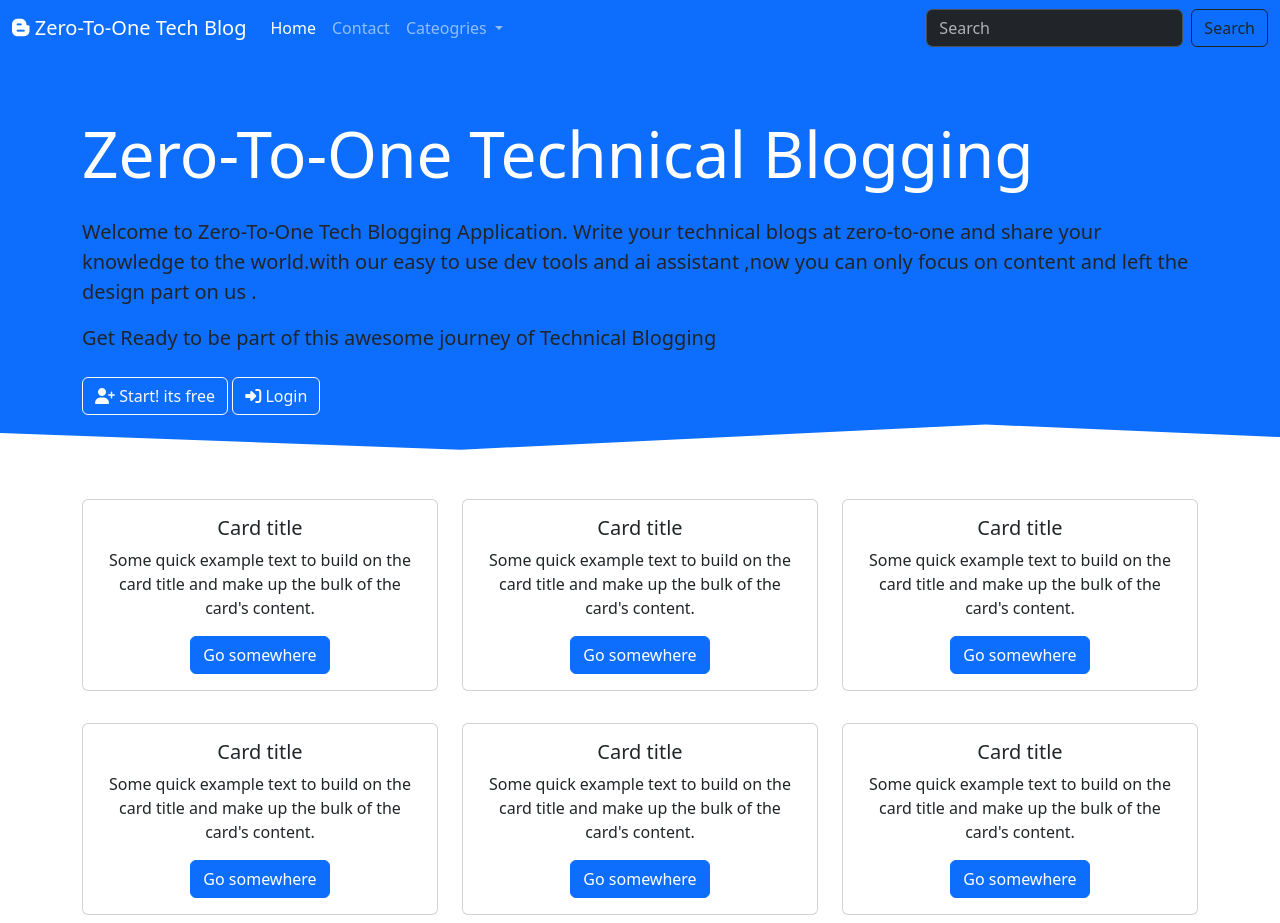
Repository: Gaurav560/PROJECT-ZeroToOne-TechBlog
Page: http://localhost/ZeroToOne/
An editor plug-in stored every save of this project. The page is shown before and after the next save, followed by the edit.
The browser window is 1280 px wide. The pictures show the whole page.
Some web libraries are served in a nearby version. The page is served by Tomcat 9. Other server files are loaded and not shown.

Above is the page before, as saved 2023-04-29 08:19:50.

### ZeroToOne/src/main/webapp/index.jsp
<%@page import="com.blog.helper.ConnectionProvider"%>
<%@page import="java.sql.Connection"%>
<%@ page language="java" contentType="text/html; charset=ISO-8859-1"
	pageEncoding="ISO-8859-1"%>
<!DOCTYPE html>
<html>
<head>
<meta charset="ISO-8859-1">
<title>Index page</title>
<!--  Bootstrap css-->
<link
	href="https://cdn.jsdelivr.net/npm/bootstrap@5.3.0-alpha3/dist/css/bootstrap.min.css"
	rel="stylesheet"
	integrity="sha384-KK94CHFLLe+nY2dmCWGMq91rCGa5gtU4mk92HdvYe+M/SXH301p5ILy+dN9+nJOZ"
	crossorigin="anonymous">
<!--css  -->
<link href="css/style.css" rel="stylesheet" type="text/css" />
<!-- font-awesome -->
<script src="https://kit.fontawesome.com/d52455da93.js"
	crossorigin="anonymous"></script>
</head>
<body>
	<%@include file="indexNavbar.jsp"%>

	<!-- jumbotron starts here -->
	<div class="container-fluid m-0 p-0 ">
		<div class="jumbo bg-primary text-white banner-background">
			<div class="container">

				<h3 class="display-3 pb-3">Zero-To-One Technical Blogging</h3>
				<p class="fs-5 text-dark">Welcome to Zero-To-One Tech Blogging
					Application. Write your technical blogs at zero-to-one and share
					your knowledge to the world.with our easy to use dev tools and ai
					assistant ,now you can only focus on content and left the design
					part on us .</p>
				<p class="fs-5 text-dark pb-2">Get Ready to be part of this
					awesome journey of Technical Blogging</p>
				<p></p>
				<a href="" class="btn  btn-outline-light">
					<i class="fa-solid fa-user-plus"></i> Start! its free
				</a>
				<a href="login_page.jsp" class="btn   btn-outline-light">
					<i class="fa-solid fa-right-to-bracket"></i> Login
				</a>
			</div>
		</div>
	</div>
	<!-- jumbotron ends here -->
<br>
<!--cards starts here  -->
<div class="container">


<!--1st row starts here  -->
<div class="row">

<div class="col-md-4 mb-2">


<div class="card text-center">

  <div class="card-body">
    <h5 class="card-title">Card title</h5>
    <p class="card-text">Some quick example text to build on the card title and make up the bulk of the card's content.</p>
    <a href="#" class="btn btn-primary">Go somewhere</a>
  </div>
</div>

</div>
<div class="col-md-4 mb-2">


<div class="card text-center">

  <div class="card-body">
    <h5 class="card-title">Card title</h5>
    <p class="card-text">Some quick example text to build on the card title and make up the bulk of the card's content.</p>
    <a href="#" class="btn btn-primary">Go somewhere</a>
  </div>
</div>

</div><div class="col-md-4 mb-2">


<div class="card text-center">

  <div class="card-body">
    <h5 class="card-title">Card title</h5>
    <p class="card-text">Some quick example text to build on the card title and make up the bulk of the card's content.</p>
    <a href="#" class="btn btn-primary">Go somewhere</a>
  </div>
</div>

</div>
</div>

<!--1st row ends here  -->

<br>
<!--2nd row ends here  -->

<div class="row">

<div class="col-md-4 mb-2 ">


<div class="card text-center">

  <div class="card-body">
    <h5 class="card-title">Card title</h5>
    <p class="card-text">Some quick example text to build on the card title and make up the bulk of the card's content.</p>
    <a href="#" class="btn btn-primary">Go somewhere</a>
  </div>
</div>

</div>
<div class="col-md-4 mb-2">


<div class="card text-center">

  <div class="card-body">
    <h5 class="card-title">Card title</h5>
    <p class="card-text">Some quick example text to build on the card title and make up the bulk of the card's content.</p>
    <a href="#" class="btn btn-primary">Go somewhere</a>
  </div>
</div>

</div><div class="col-md-4 mb-2">


<div class="card text-center">

  <div class="card-body">
    <h5 class="card-title">Card title</h5>
    <p class="card-text">Some quick example text to build on the card title and make up the bulk of the card's content.</p>
    <a href="#" class="btn btn-primary">Go somewhere</a>
  </div>
</div>

</div>
</div>

<!--2nd row ends here  -->
</div>
<!-- cards end here -->


	<!-- jquery cdn -->
	<script src="https://code.jquery.com/jquery-3.6.4.min.js"
		integrity="sha256-oP6HI9z1XaZNBrJURtCoUT5SUnxFr8s3BzRl+cbzUq8="
		crossorigin="anonymous">

	</script>

	<!-- js  -->

	<script
		src="https://cdn.jsdelivr.net/npm/bootstrap@5.3.0-alpha3/dist/js/bootstrap.bundle.min.js"
		integrity="sha384-ENjdO4Dr2bkBIFxQpeoTz1HIcje39Wm4jDKdf19U8gI4ddQ3GYNS7NTKfAdVQSZe"
		crossorigin="anonymous"></script>
	<script src="js/myjs.js" type="text/javascript"></script>

</body>
</html>

### ZeroToOne/src/main/webapp/indexNavbar.jsp
<nav class="navbar navbar-expand-lg  bg-primary dar "   data-bs-theme="dark">
	<div class="container-fluid">

         <a class="navbar-brand" href="#"><i class="fa-brands fa-blogger-b"></i> Zero-To-One Tech Blog </a>
		<button class="navbar-toggler" type="button" data-bs-toggle="collapse"
			data-bs-target="#navbarSupportedContent"
			aria-controls="navbarSupportedContent" aria-expanded="false"
			aria-label="Toggle navigation">
			<span class="navbar-toggler-icon"></span>
		</button>
		<div class="collapse navbar-collapse" id="navbarSupportedContent">
			<ul class="navbar-nav me-auto mb-2 mb-lg-0">
				<li class="nav-item"><a class="nav-link active"
					aria-current="page" href="#">Home</a></li>
				<li class="nav-item"><a class="nav-link" href="#">Contact</a></li>
				<li class="nav-item dropdown"><a
					class="nav-link dropdown-toggle" href="#" role="button"
					data-bs-toggle="dropdown" aria-expanded="false">Cateogries </a>
					<ul class="dropdown-menu">
						<li><a class="dropdown-item" href="#">Action</a></li>
						<li><a class="dropdown-item" href="#">Another action</a></li>
						<li><hr class="dropdown-divider"></li>
						<li><a class="dropdown-item" href="#">Something else here</a></li>
					</ul></li>

			</ul>
			<form class="d-flex" role="search">
				<input class="form-control me-2" type="search" placeholder="Search"
					aria-label="Search">
				<button class="btn btn-outline-dark" type="submit">Search</button>
			</form>
		</div>
	</div>
</nav>

### ZeroToOne/src/main/webapp/css/style.css
.bg-dar{

	padding:14px;
}
.jumbo{
	padding:60px;
}
.banner-background{
clip-path: polygon(30% 0%, 70% 0%, 100% 0, 100% 91%, 77% 88%, 36% 94%, 0 90%, 0 0);



}

Loaded but not shown: ZeroToOne/ZeroToOne/js/myjs.js (no stored copy; drawn as an empty file)

After the next save:
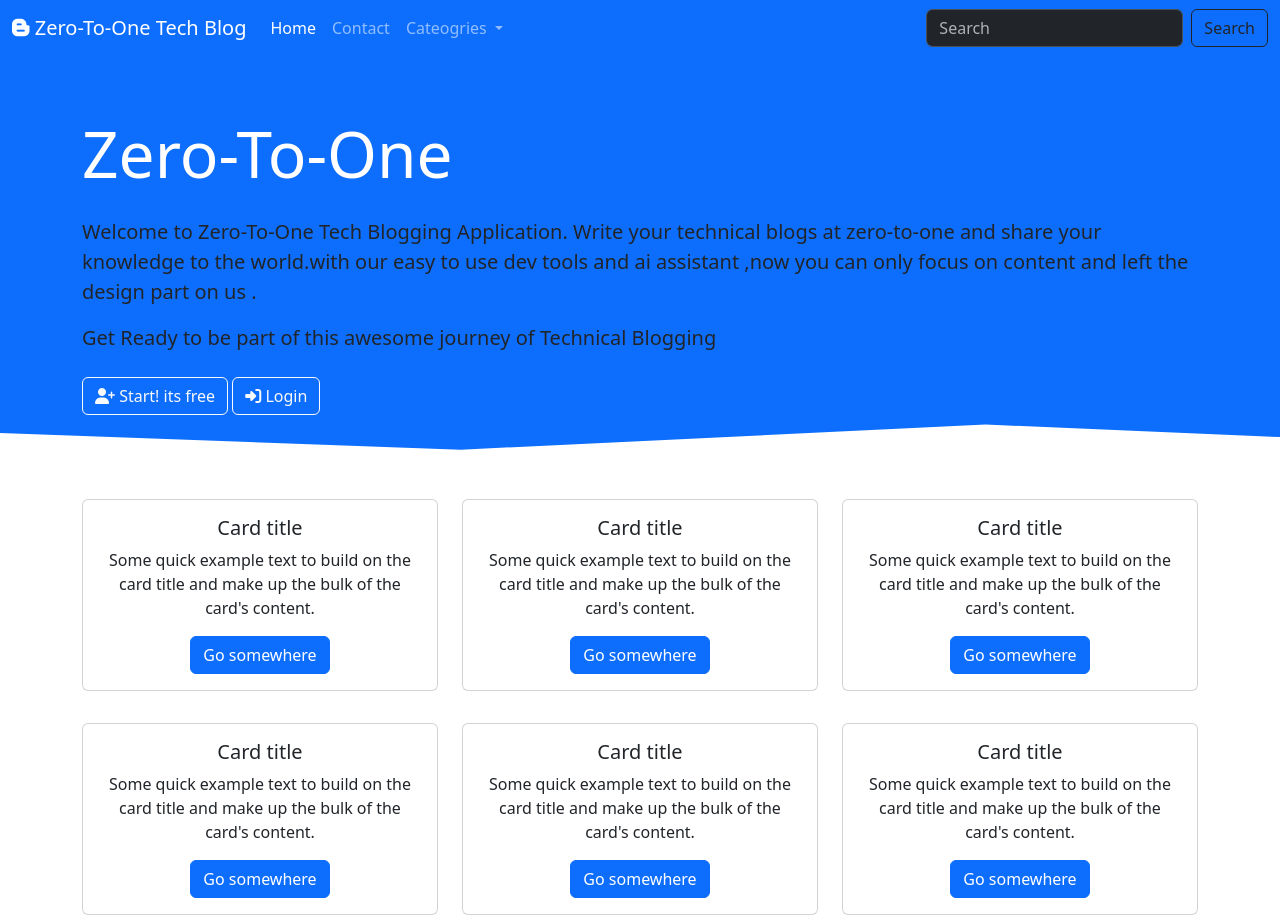
Saved 105 min 38 s later.
--- a/ZeroToOne/src/main/webapp/index.jsp
+++ b/ZeroToOne/src/main/webapp/index.jsp
@@ -27,7 +27,7 @@
 		<div class="jumbo bg-primary text-white banner-background">
 			<div class="container">
 
-				<h3 class="display-3 pb-3">Zero-To-One Technical Blogging</h3>
+				<h3 class="display-3 pb-3">Zero-To-One</h3>
 				<p class="fs-5 text-dark">Welcome to Zero-To-One Tech Blogging
 					Application. Write your technical blogs at zero-to-one and share
 					your knowledge to the world.with our easy to use dev tools and ai
